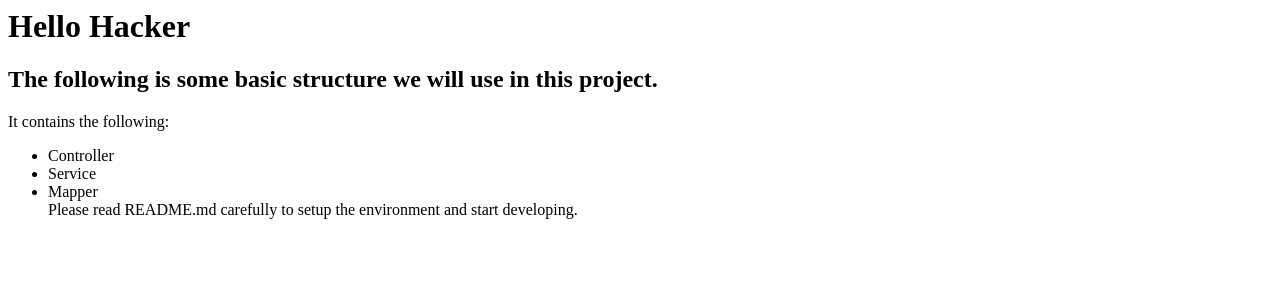
Repository: chenhongye11/DiDongBaBong
Page: didongbabong/src/main/webapp/public/index.html
An editor plug-in stored every save of this project. The page is shown before and after the next save, followed by the edit.
The browser window is 1280 px wide. The pictures show the whole page.

Above is the page before, as saved 2021-01-30 01:41:23.

### didongbabong/src/main/webapp/public/index.html
<html>
<h1>Hello Hacker</h1>
<h2>The following is some basic structure we will use in this project.</h2>
<p>It contains the following:</p>
<ul>
<li>Controller</li>
<li>Service</li>
<li>Mapper</li>

<div>Please read README.md carefully to setup the environment and start developing.</div>
</ul>
</html>

After the next save:
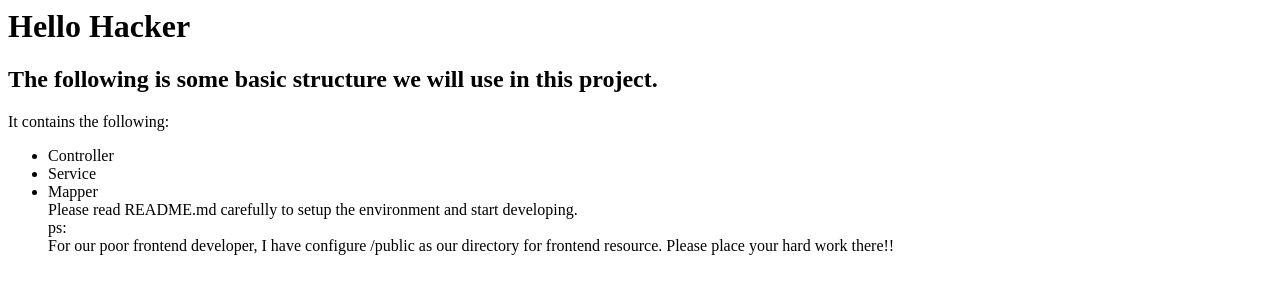
Saved 80 s later.
--- a/didongbabong/src/main/webapp/public/index.html
+++ b/didongbabong/src/main/webapp/public/index.html
@@ -8,5 +8,8 @@
 <li>Mapper</li>
 
 <div>Please read README.md carefully to setup the environment and start developing.</div>
+
+<div>ps:</div>
+<div>For our poor frontend developer, I have configure /public as our directory for frontend resource. Please place your hard work there!!</div>
 </ul>
 </html>
